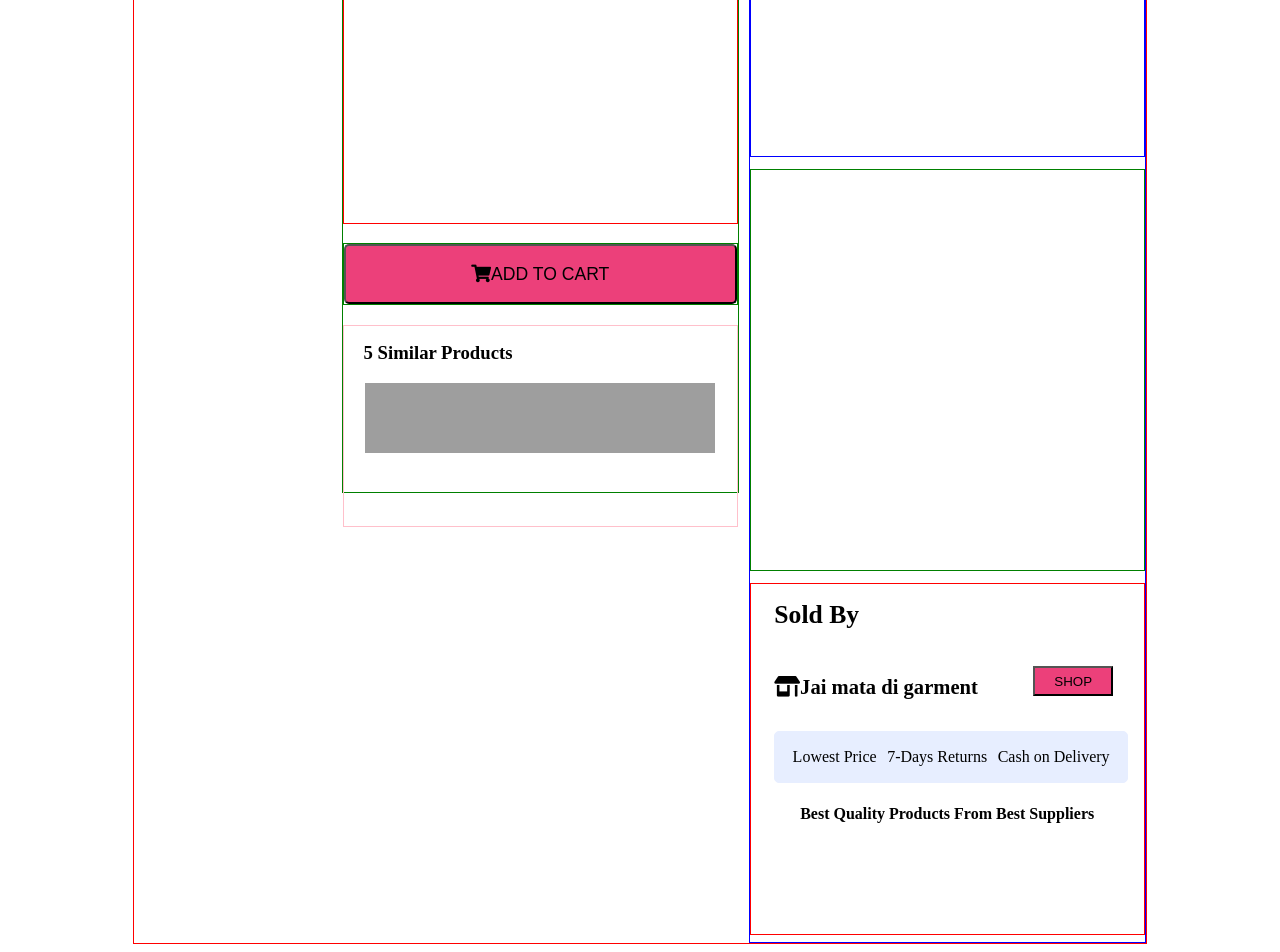
Repository: deepakxxxx/meesho
Page: catelog.html
The author's editor kept a copy of each file at every save. The page is drawn from the files as they stood at one save, then again after a run of saves.
The browser window is 1280 px wide. The pictures show the part of the page from y = 419 to 1371 px (the page is 1371 px tall).
Pictures or frames that could not be fetched are drawn as grey boxes. A picture or video elsewhere on the page could not be fetched, so the positions and the page height are approximate.

Above is the page before, as saved 2021-11-06 17:54:06.

After the next 2 saves:
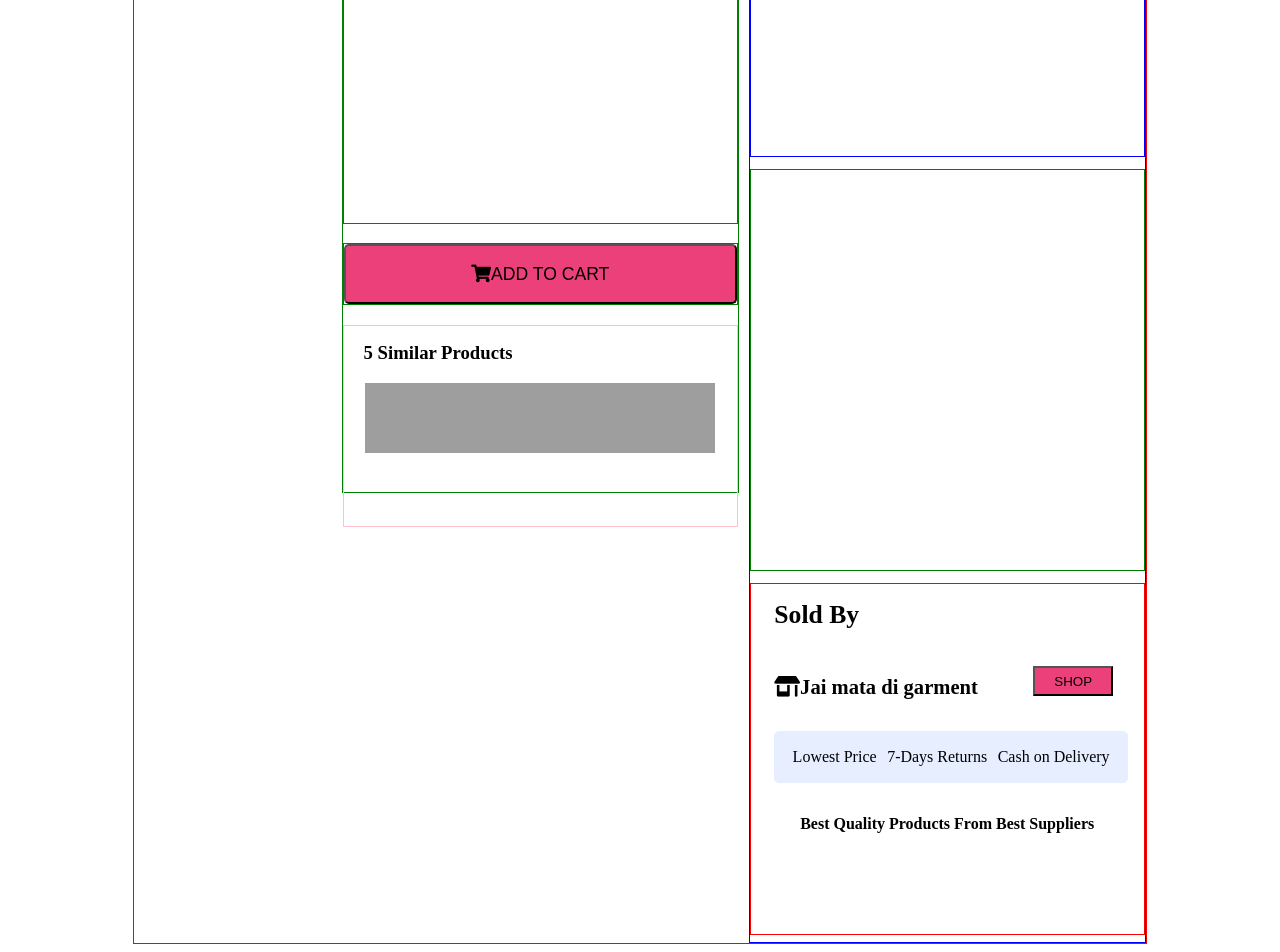
The 2 saves are shown as one change because they came seconds apart.
The last was saved 10 s later.
--- a/catelog.html
+++ b/catelog.html
@@ -242,6 +242,7 @@
     }
     #deler > h4{
         text-align: center;
+        margin-top: 8%;
     }
 </style>
 <body>
